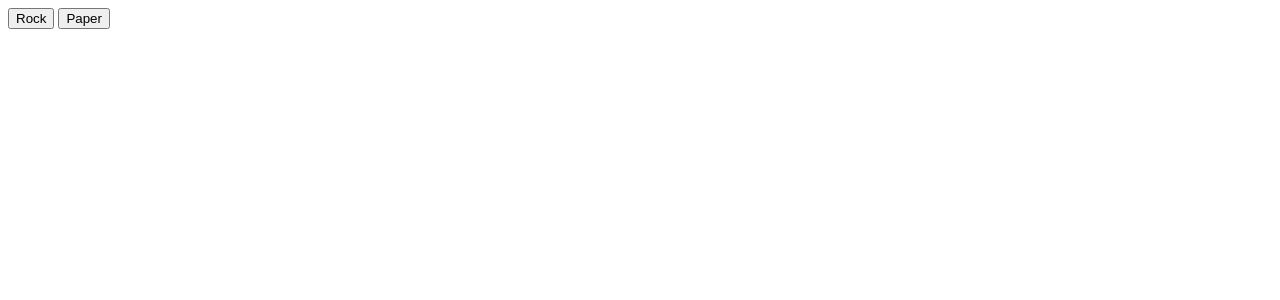
Repository: Ascendrospyder/rock-paper-scissors
Page: app.html
These files come from the project's save history. The page is drawn as it stood at one moment and after a run of saves; the edit follows.
The browser window is 1280 px wide. The pictures show the whole page.

Above is the page before, as saved 2022-12-21 01:11:56.

### app.html
<!DOCTYPE html>
<html lang="en">
<head>
  <meta charset="UTF-8">
  <meta http-equiv="X-UA-Compatible" content="IE=edge">
  <meta name="viewport" content="width=device-width, initial-scale=1.0">
  <title>Rock Paper Scissors!</title>
  <script src= "./src/script.js" defer></script>
</head>
<body>
  <button class = "rock">Rock</button>
  <button class = "paper">Paper</button>
</body>
</html>

### src/script.js

/**
 * The following function will utilise the generating a random number,
 * and then assign a choice to that number
 * @returns either rock, paper or scissors at random
 */
function getComputerChoice () {
  // the following will generate a random number between 0 and 2
  const result = Math.floor(Math.random() * 3)

  // we will then assign numbers with their associated
  // return values
  if (result === 0) {
    return 'Rock'
  } else if (result === 1) {
    return 'Scissors'
  } else {
    return 'Paper'
  }
}

/**
 * The following function basically emulates one round of rock paper and scissors
 * @param {*} playerSelection
 * @param {*} computerSelection
 * @param {*} scoreCount
 * @returns if the player wins or loses or there is a draw
 */
function playRound (playerSelection, computerSelection) {
  // to make it case sensitive we need to convert our selections to lower case
  const updatedPS = playerSelection.toString().toLowerCase()
  const updatedCS = computerSelection.toString().toLowerCase()
  // console.log(score);
  // then we will utilise some conditionals to check if the player has drawn, won or lost against
  // the computer
  if (updatedPS === updatedCS) {
    return 'Draw! Player selected ' + playerSelection + ' and computer selected ' + computerSelection + ' select again!'
  } else if ((updatedPS === 'rock' && updatedCS === 'scissors') || (updatedPS === 'paper' && updatedCS === 'rock') || (updatedPS === 'scissors' && updatedCS === 'paper')) {
    return 'You Win! ' + playerSelection + ' beats ' + computerSelection
  } else {
    return 'You Lose! ' + computerSelection + ' beats ' + playerSelection
  }
}

/**
 * The following function takes in a string and a score and checks
 * if the string contains the prompt, then it updates the score accordingly
 * keep in mind this utilises a negative score system as well
 * @param {*} resultString
 * @param {*} score
 * @returns - desired score of the player
 */
function updateScores (resultString, score) {
  if (resultString.includes('Draw!')) {
    return score
  } else if (resultString.includes('You Win!')) {
    return score + 1
  } else {
    return score - 1
  }
}

/**
 * The following function acts as the main function to play the game
 */
function game () {
  // keep track of a score
}

After the next 2 saves:
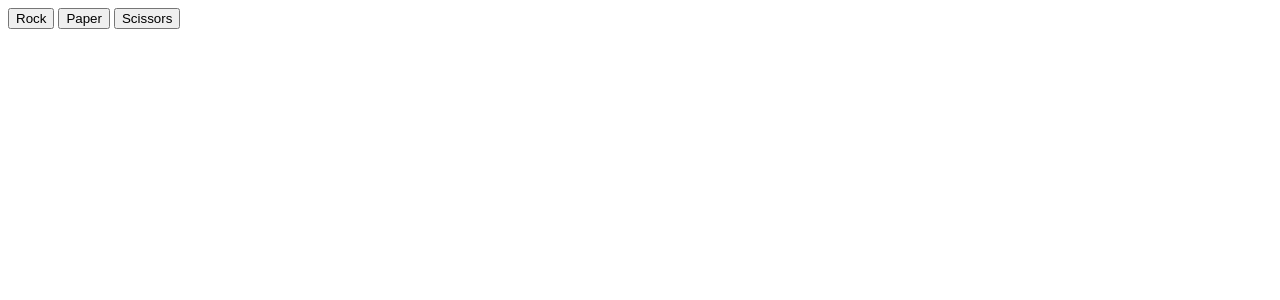
The 2 saves are shown as one change because they came seconds apart.
The last was saved 12 s later.
--- a/app.html
+++ b/app.html
@@ -10,5 +10,6 @@
 <body>
   <button class = "rock">Rock</button>
   <button class = "paper">Paper</button>
+  <button class = "scissors">Scissors</button>
 </body>
 </html>
